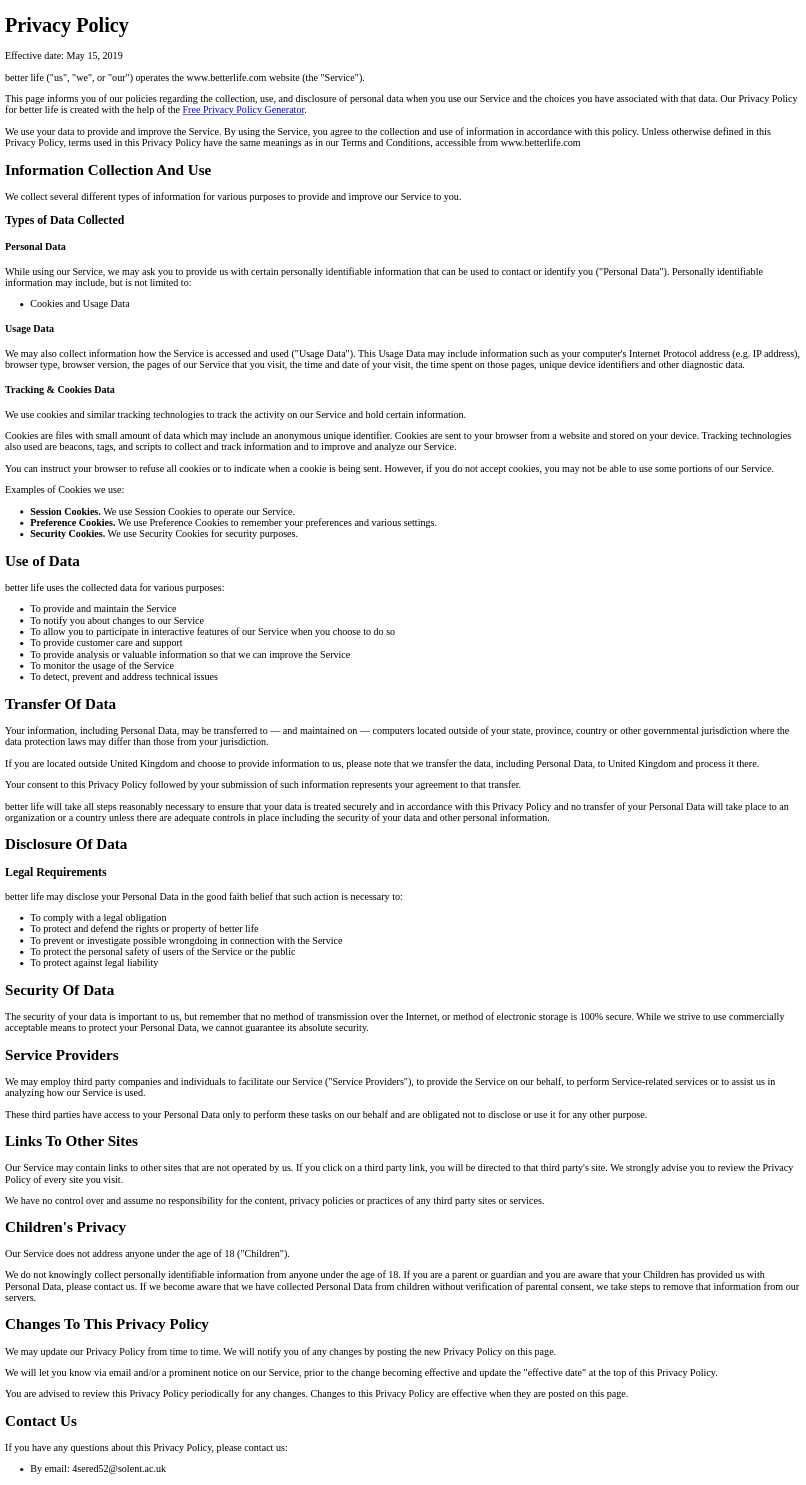
Repository: DSerenoG/Assessment2
Page: privacy.html
The author's editor kept a record of every edit. The page is drawn from the files as they stood at one moment, then again after the next edit.
The browser window is 1280 px wide. The pictures show the whole page, at 63% of full size.

Above is the page before.

### privacy.html
<!DOCTYPE html>
<html lang="en">
<head>
    <meta charset="UTF-8">
    <meta name="viewport" content="width=device-width, initial-scale=1.0">
    <meta http-equiv="X-UA-Compatible" content="ie=edge">
    <title>Document</title>
</head>
<body>
    <h1>Privacy Policy</h1>


<p>Effective date: May 15, 2019</p>


<p>better life ("us", "we", or "our") operates the www.betterlife.com website (the "Service").</p>

<p>This page informs you of our policies regarding the collection, use, and disclosure of personal data when you use our Service and the choices you have associated with that data. Our Privacy Policy  for better life is created with the help of the <a href="https://www.freeprivacypolicy.com/free-privacy-policy-generator.php">Free Privacy Policy Generator</a>.</p>

<p>We use your data to provide and improve the Service. By using the Service, you agree to the collection and use of information in accordance with this policy. Unless otherwise defined in this Privacy Policy, terms used in this Privacy Policy have the same meanings as in our Terms and Conditions, accessible from www.betterlife.com</p>


<h2>Information Collection And Use</h2>

<p>We collect several different types of information for various purposes to provide and improve our Service to you.</p>

<h3>Types of Data Collected</h3>

<h4>Personal Data</h4>

<p>While using our Service, we may ask you to provide us with certain personally identifiable information that can be used to contact or identify you ("Personal Data"). Personally identifiable information may include, but is not limited to:</p>

<ul>
<li>Cookies and Usage Data</li>
</ul>

<h4>Usage Data</h4>

<p>We may also collect information how the Service is accessed and used ("Usage Data"). This Usage Data may include information such as your computer's Internet Protocol address (e.g. IP address), browser type, browser version, the pages of our Service that you visit, the time and date of your visit, the time spent on those pages, unique device identifiers and other diagnostic data.</p>

<h4>Tracking & Cookies Data</h4>
<p>We use cookies and similar tracking technologies to track the activity on our Service and hold certain information.</p>
<p>Cookies are files with small amount of data which may include an anonymous unique identifier. Cookies are sent to your browser from a website and stored on your device. Tracking technologies also used are beacons, tags, and scripts to collect and track information and to improve and analyze our Service.</p>
<p>You can instruct your browser to refuse all cookies or to indicate when a cookie is being sent. However, if you do not accept cookies, you may not be able to use some portions of our Service.</p>
<p>Examples of Cookies we use:</p>
<ul>
    <li><strong>Session Cookies.</strong> We use Session Cookies to operate our Service.</li>
    <li><strong>Preference Cookies.</strong> We use Preference Cookies to remember your preferences and various settings.</li>
    <li><strong>Security Cookies.</strong> We use Security Cookies for security purposes.</li>
</ul>

<h2>Use of Data</h2>

<p>better life uses the collected data for various purposes:</p>
<ul>
    <li>To provide and maintain the Service</li>
    <li>To notify you about changes to our Service</li>
    <li>To allow you to participate in interactive features of our Service when you choose to do so</li>
    <li>To provide customer care and support</li>
    <li>To provide analysis or valuable information so that we can improve the Service</li>
    <li>To monitor the usage of the Service</li>
    <li>To detect, prevent and address technical issues</li>
</ul>

<h2>Transfer Of Data</h2>
<p>Your information, including Personal Data, may be transferred to — and maintained on — computers located outside of your state, province, country or other governmental jurisdiction where the data protection laws may differ than those from your jurisdiction.</p>
<p>If you are located outside United Kingdom and choose to provide information to us, please note that we transfer the data, including Personal Data, to United Kingdom and process it there.</p>
<p>Your consent to this Privacy Policy followed by your submission of such information represents your agreement to that transfer.</p>
<p>better life will take all steps reasonably necessary to ensure that your data is treated securely and in accordance with this Privacy Policy and no transfer of your Personal Data will take place to an organization or a country unless there are adequate controls in place including the security of your data and other personal information.</p>

<h2>Disclosure Of Data</h2>

<h3>Legal Requirements</h3>
<p>better life may disclose your Personal Data in the good faith belief that such action is necessary to:</p>
<ul>
    <li>To comply with a legal obligation</li>
    <li>To protect and defend the rights or property of better life</li>
    <li>To prevent or investigate possible wrongdoing in connection with the Service</li>
    <li>To protect the personal safety of users of the Service or the public</li>
    <li>To protect against legal liability</li>
</ul>

<h2>Security Of Data</h2>
<p>The security of your data is important to us, but remember that no method of transmission over the Internet, or method of electronic storage is 100% secure. While we strive to use commercially acceptable means to protect your Personal Data, we cannot guarantee its absolute security.</p>

<h2>Service Providers</h2>
<p>We may employ third party companies and individuals to facilitate our Service ("Service Providers"), to provide the Service on our behalf, to perform Service-related services or to assist us in analyzing how our Service is used.</p>
<p>These third parties have access to your Personal Data only to perform these tasks on our behalf and are obligated not to disclose or use it for any other purpose.</p>



<h2>Links To Other Sites</h2>
<p>Our Service may contain links to other sites that are not operated by us. If you click on a third party link, you will be directed to that third party's site. We strongly advise you to review the Privacy Policy of every site you visit.</p>
<p>We have no control over and assume no responsibility for the content, privacy policies or practices of any third party sites or services.</p>


<h2>Children's Privacy</h2>
<p>Our Service does not address anyone under the age of 18 ("Children").</p>
<p>We do not knowingly collect personally identifiable information from anyone under the age of 18. If you are a parent or guardian and you are aware that your Children has provided us with Personal Data, please contact us. If we become aware that we have collected Personal Data from children without verification of parental consent, we take steps to remove that information from our servers.</p>


<h2>Changes To This Privacy Policy</h2>
<p>We may update our Privacy Policy from time to time. We will notify you of any changes by posting the new Privacy Policy on this page.</p>
<p>We will let you know via email and/or a prominent notice on our Service, prior to the change becoming effective and update the "effective date" at the top of this Privacy Policy.</p>
<p>You are advised to review this Privacy Policy periodically for any changes. Changes to this Privacy Policy are effective when they are posted on this page.</p>


<h2>Contact Us</h2>
<p>If you have any questions about this Privacy Policy, please contact us:</p>
<ul>
        <li>By email: 4sered52@solent.ac.uk</li>

        </ul>
</body>
</html>

### css/main.css
#head{
    text-align: center;
    margin-bottom: 1%;
    font-family: arial;
}

body{
    background-color:#FEF9C7;
}

#main_section{
    font-size: 15px;
    font-family: arial;
    margin-left: 70px;
}

reason{
    margin-bottom: 3%;
    padding: 1%;
}


suplement5{
    margin: auto;
    padding:1%;
    text-align: center;
    font-size: 15px;
    float: left;
    margin-left: 400%;
    margin-right: -50%;
    margin-bottom: 10%;
    background-color:#FCE181;
    height: 25ex;
    font-family: arial;
     border-radius:25px;
}

#boxes{
    width:500px;
    background-color:#FCE181;
    padding: 1%;
    text-align:center;
    font-size: 15px;
    float: left;
    margin-left: 100px;
    margin-bottom: 10%;
    height: 25ex;
    font-family: arial;
    border-radius:25px;

}

#d1{
   width:90%;
    background-color:#FCE181;
    padding: 1%;
    text-align:center;
    font-size: 15px;
    float: left;
    margin-left: 3%;
    margin-bottom: 10%;
    height: auto;
    font-family: arial;
    border-radius:25px;
}

#text{
    width: 500px;
    margin:0px;
    display: inline-block;
    float:left;
}

#image{
    float:right;
    margin-right: 270px;
    margin-top: 80px;

}

#more {display: none;}

After the next edit:
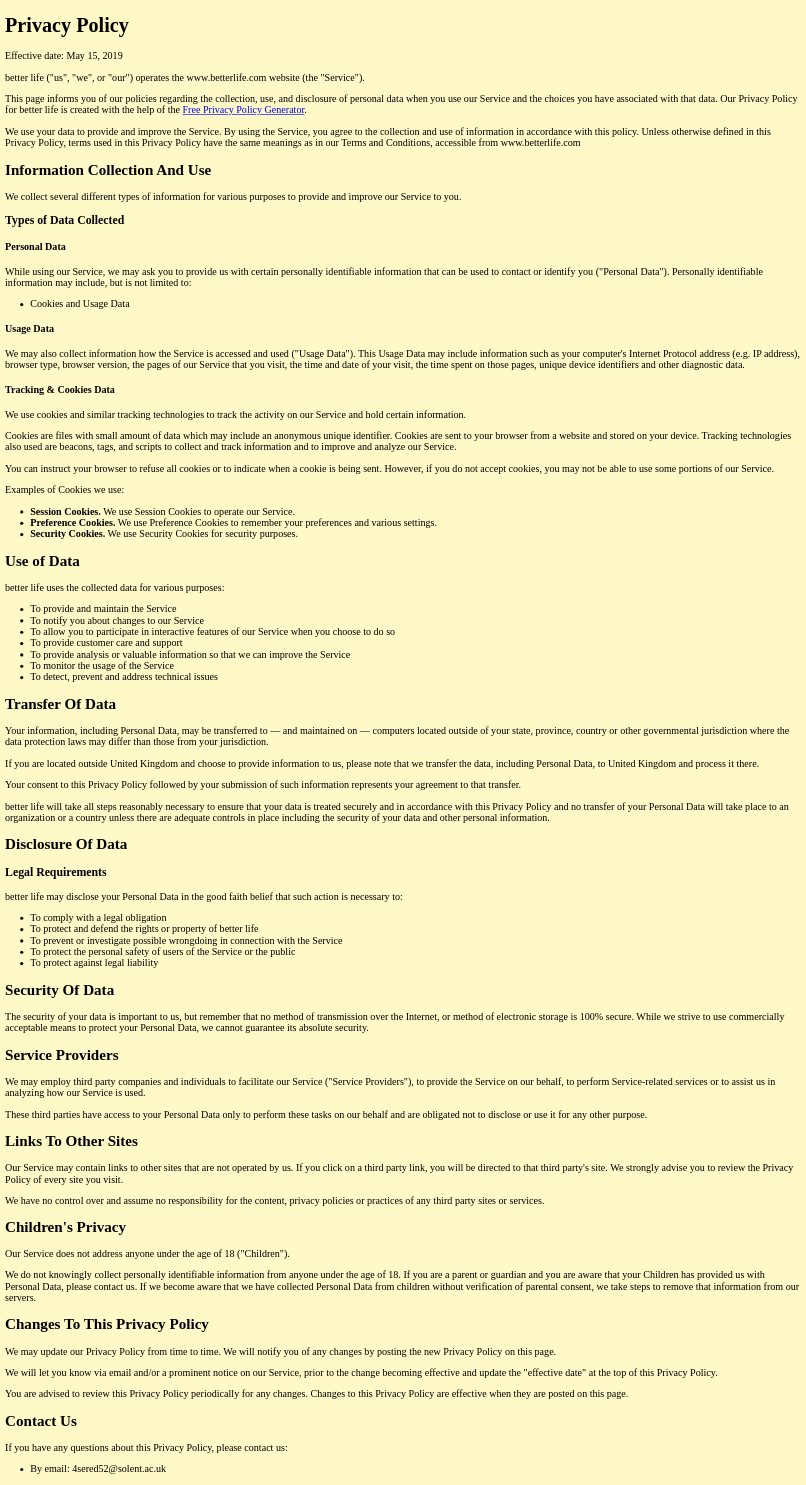
The edit:
--- a/privacy.html
+++ b/privacy.html
@@ -4,6 +4,7 @@
     <meta charset="UTF-8">
     <meta name="viewport" content="width=device-width, initial-scale=1.0">
     <meta http-equiv="X-UA-Compatible" content="ie=edge">
+    <link rel="stylesheet" href="css/main.css" type="text/css" />
     <title>Document</title>
 </head>
 <body>
